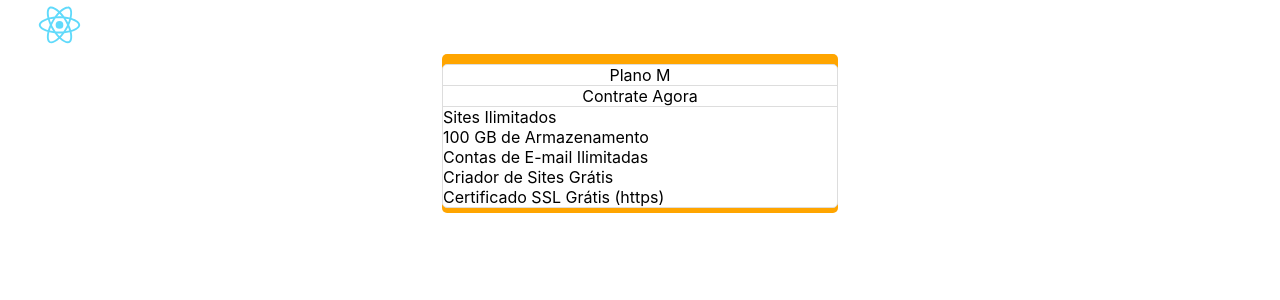
Repository: gatomazi/hostgatorFrontend
Page: /
These files come from the project's save history. The page is drawn as it stood at one moment and after the next save; the edit follows.
The browser window is 1280 px wide. The pictures show the whole page.
The project was rebuilt for these pictures with package versions that can differ from the ones it lists, and the page was loaded fresh each time.

Above is the page before, as saved 2020-01-24 10:36:25.

After the next save:
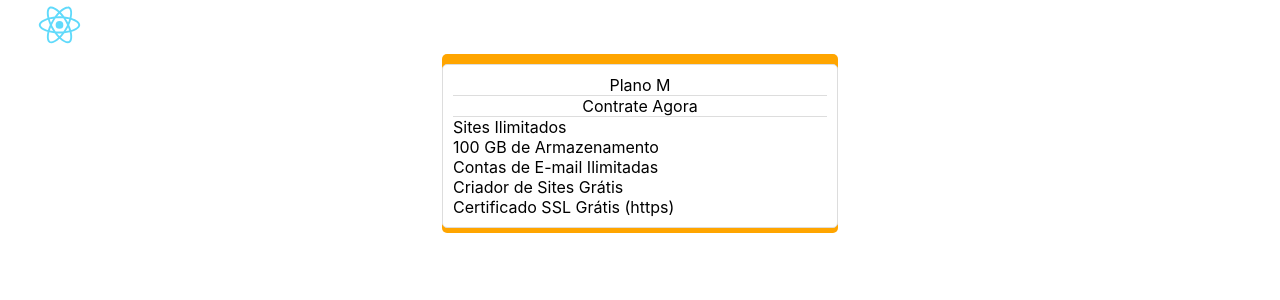
Saved 17 s later.
--- a/src/components/Plano.js
+++ b/src/components/Plano.js
@@ -22,7 +22,8 @@
     borderColor: borderColor,
     borderStyle: "solid",
     border: 1,
-    borderRadius: 5
+    borderRadius: 5,
+    padding: 10
   },
   insideDivisor: {
     borderBottomColor: borderColor,

After the 2 saves that followed:
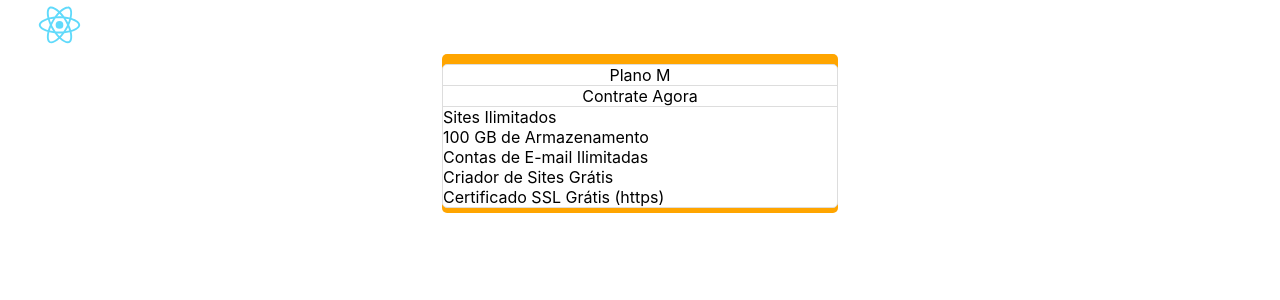
The 2 saves are shown as one change because they came seconds apart.
The last was saved 24 s later.
--- a/src/components/Plano.js
+++ b/src/components/Plano.js
@@ -23,7 +23,9 @@
     borderStyle: "solid",
     border: 1,
     borderRadius: 5,
-    padding: 10
+    div: {
+      padding: 10
+    }
   },
   insideDivisor: {
     borderBottomColor: borderColor,
